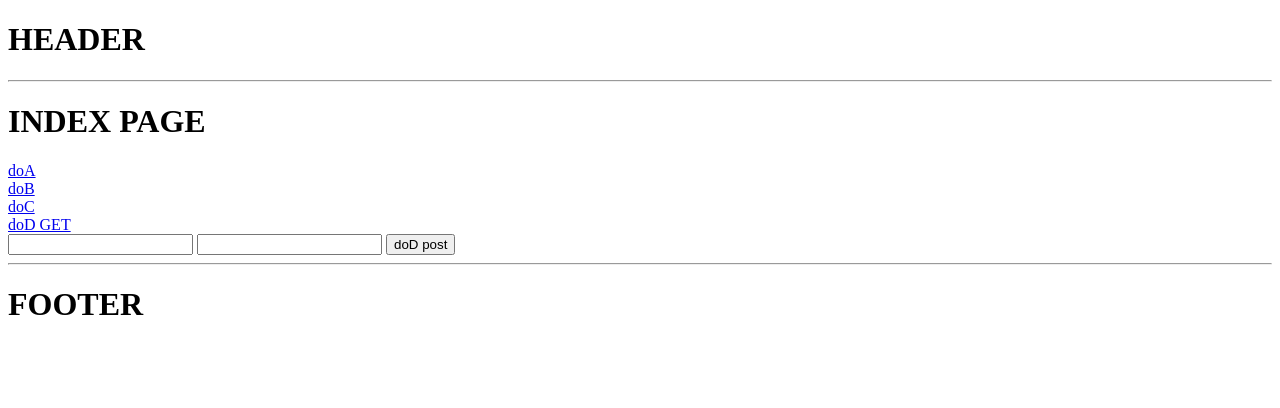
Repository: gitgw016/spring
Page: http://localhost/mvc_part02_controller/
These files come from the project's save history. The page is drawn as it stood at one moment and after the next save; the edit follows.
The browser window is 1280 px wide. The pictures show the whole page.
The page is served by Tomcat 9.

Above is the page before, as saved 2022-01-11 06:23:34.

After the next save:
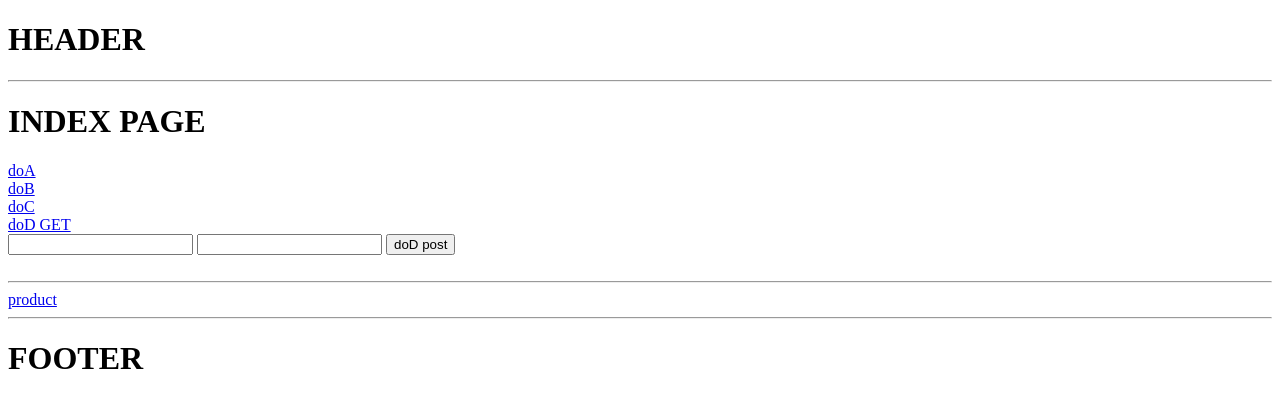
Saved 37 s later.
--- a/mvc_part02_controller/src/main/webapp/index.jsp
+++ b/mvc_part02_controller/src/main/webapp/index.jsp
@@ -11,6 +11,9 @@
 		<input type="number" name="age" required/>
 		<input type="submit" value="doD post"/>
 	</form>
+	<br/>
+	<hr/>
+	<a href="product">product</a>
 <jsp:include page="WEB-INF/views/common/footer.jsp"/>
 </body>
 </html>
